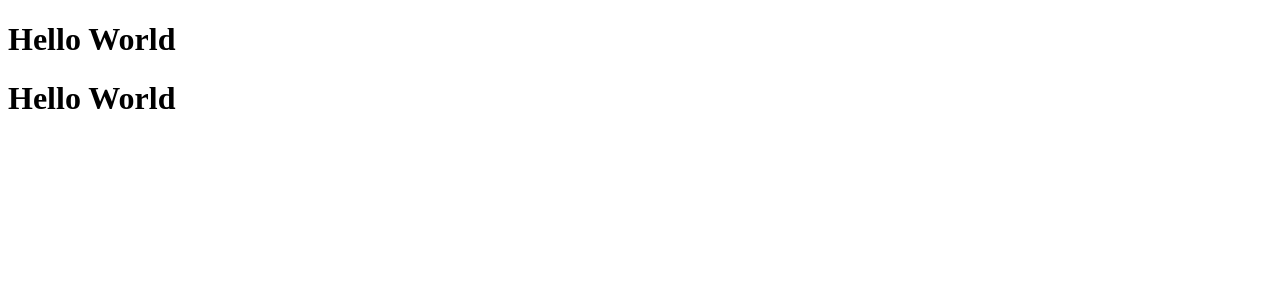
Repository: AbdulRehman787/shopo_ecommerce_web
Page: /
These files come from the project's save history. The page is drawn as it stood at one moment and after the next save; the edit follows.
The browser window is 1280 px wide. The pictures show the whole page.
The project was rebuilt for these pictures with package versions that can differ from the ones it lists, and the page was loaded fresh each time. Also part of the build but not shown: src/Pages/AboutUs.js, src/Pages/Blog.js, src/Pages/Contact.js.

Above is the page before, as saved 2023-11-27 17:33:38.

After the next save:
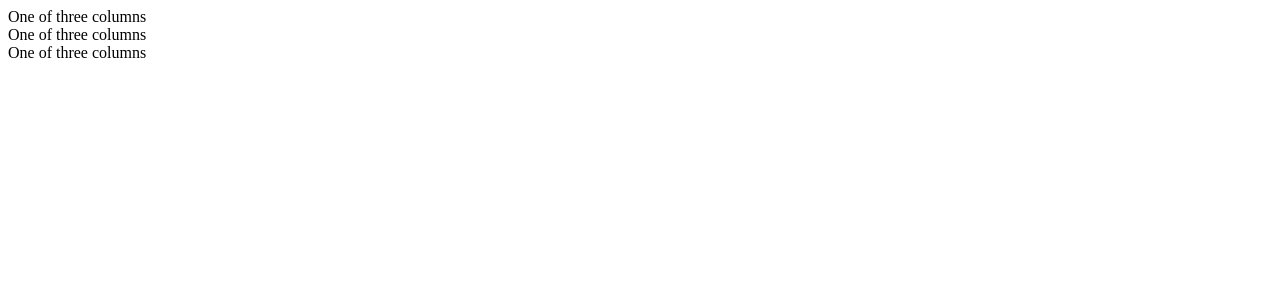
Saved 2 min 12 s later.
--- a/src/Components/Header/Topheader.js
+++ b/src/Components/Header/Topheader.js
@@ -22,18 +22,19 @@ const one2=[
 const Topheader = () => {
   return (
     <>
-    <div className='container d-flex align-items-start'>
-    <div className='row '>
-    <div className='col-6'>
-    <h1>Hello World</h1>
+    <div class="container">
+  <div class="row">
+    <div class="col-sm">
+      One of three columns
     </div>
-    <div className='col-6'>
-
-    <h1>Hello World</h1>
+    <div class="col-sm">
+      One of three columns
     </div>
-
+    <div class="col-sm">
+      One of three columns
     </div>
-    </div>
+  </div>
+</div>
     </>
   )
 }
